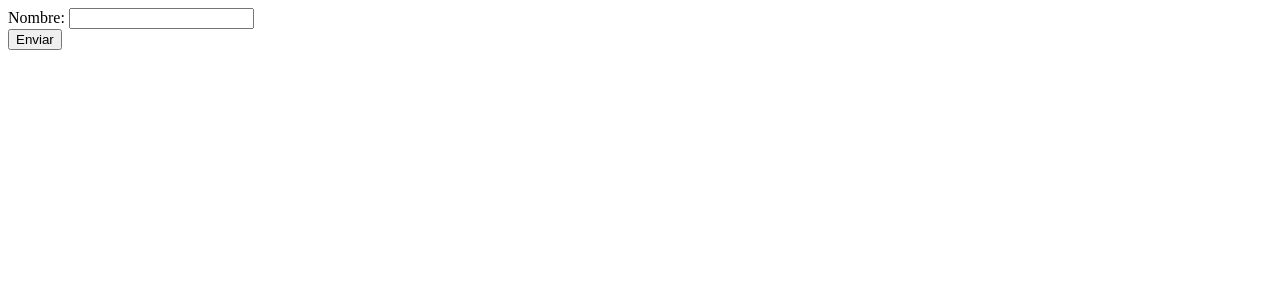
Repository: scgil/master-java
Page: Semana2/02_PrimerosEjemplos/src/main/webapp/formulario2.html
An editor plug-in stored every save of this project. The page is shown before and after the next save, followed by the edit.
The browser window is 1280 px wide. The pictures show the whole page.

Above is the page before, as saved 2024-12-13 11:26:45.

### Semana2/02_PrimerosEjemplos/src/main/webapp/formulario2.html
<!DOCTYPE html>
<html>
<head>
<meta charset="UTF-8">
<title>Insert title here</title>
</head>
<body>
    <form action="servletFromulario2" method="post">
        Nombre: <input type="text" name="nombre"><br>
		<button  type="submit" id="enviar">Enviar</button>
    </form>

</body>
</html>

After the next save:
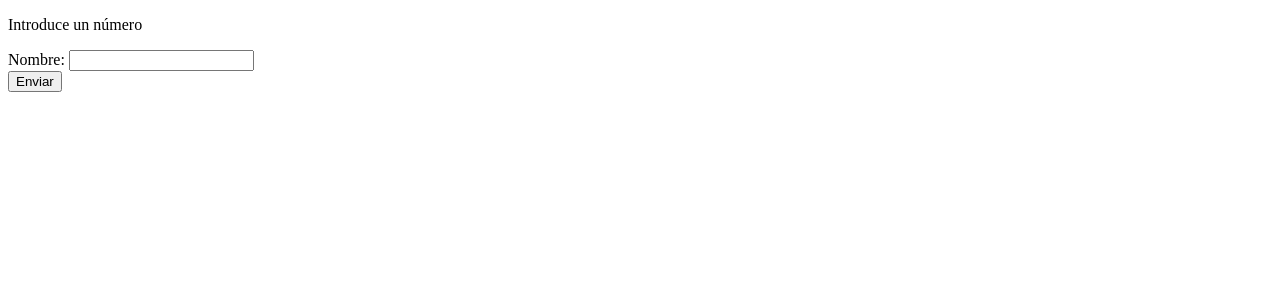
Saved 22 s later.
--- a/Semana2/02_PrimerosEjemplos/src/main/webapp/formulario2.html
+++ b/Semana2/02_PrimerosEjemplos/src/main/webapp/formulario2.html
@@ -5,6 +5,7 @@
 <title>Insert title here</title>
 </head>
 <body>
+<p>Introduce un número</p>
     <form action="servletFromulario2" method="post">
         Nombre: <input type="text" name="nombre"><br>
 		<button  type="submit" id="enviar">Enviar</button>
